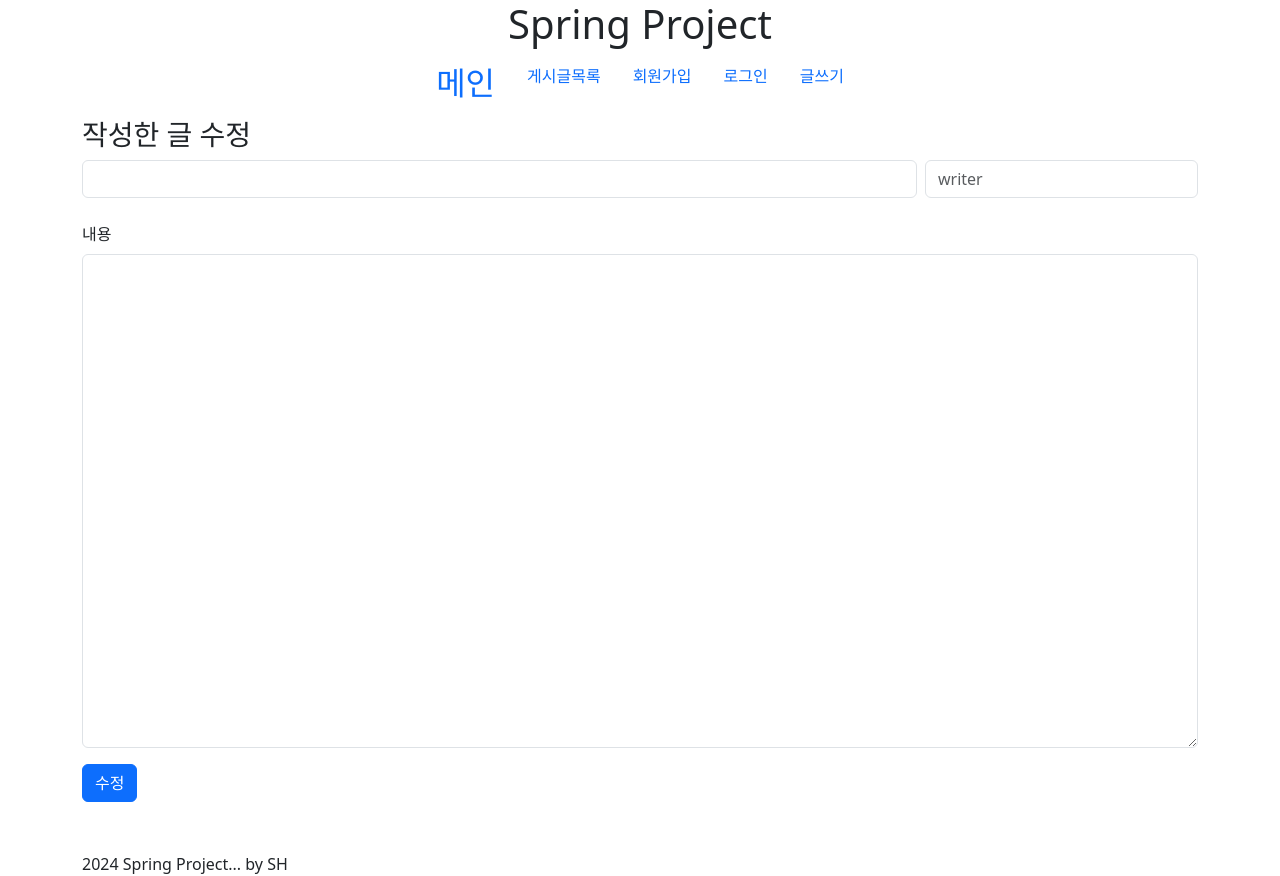
Repository: dtkd19/spring_personal_project
Page: http://localhost/myproject/WEB-INF/views/board/modify.jsp
An editor plug-in stored every save of this project. The page is shown before and after the next save, followed by the edit.
The browser window is 1280 px wide. The pictures show the whole page.
The page is served by Tomcat 9. Nobody is signed in. The template is opened directly, without the code that normally fills it, so the values that code supplies are empty.

Above is the page before, as saved 2024-11-07 07:53:26.

After the next save:
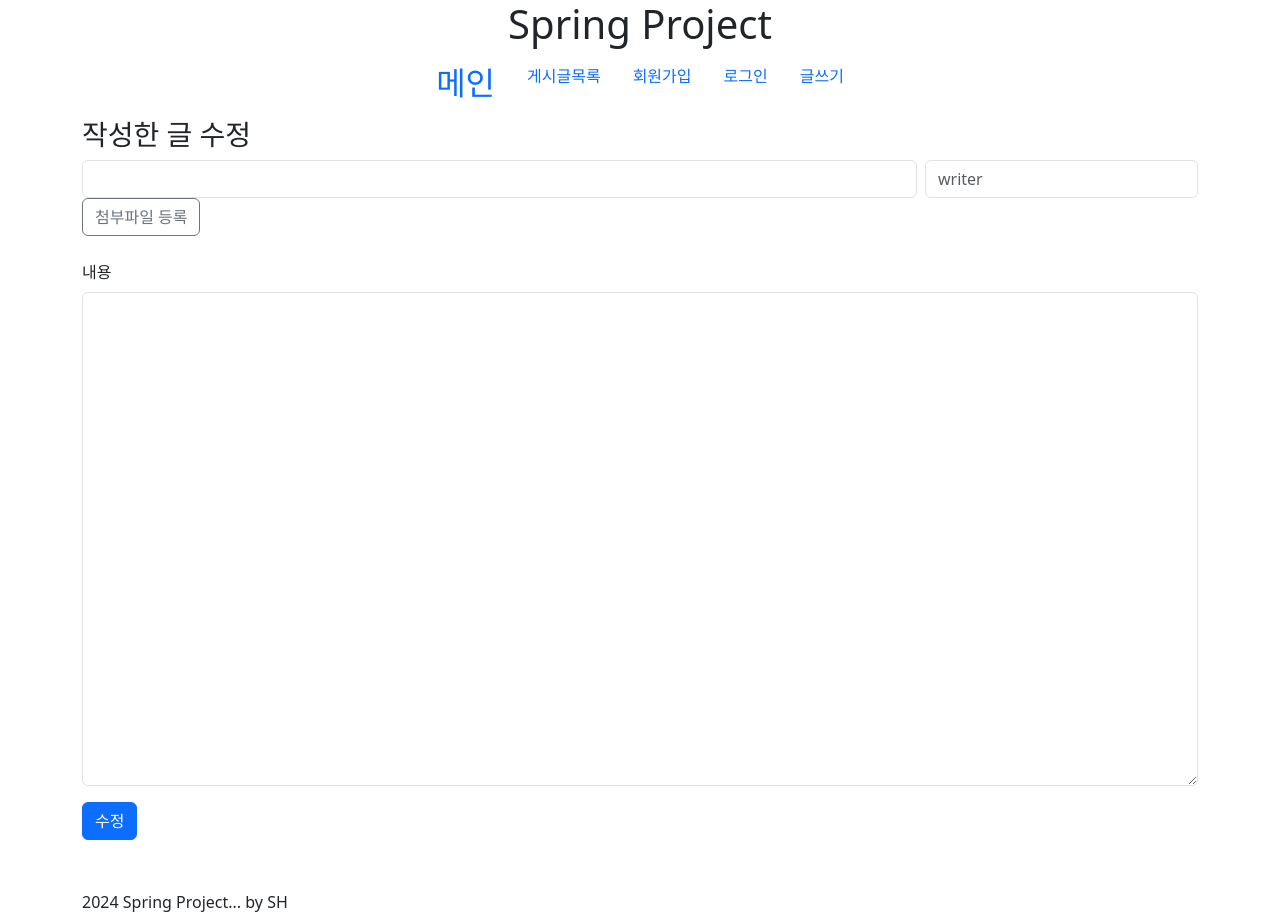
Saved 57 s later.
--- a/myproject/src/main/webapp/WEB-INF/views/board/modify.jsp
+++ b/myproject/src/main/webapp/WEB-INF/views/board/modify.jsp
@@ -19,6 +19,8 @@
 					placeholder="writer" value="${bvo.writer }" readonly="readonly">
 			</div>
 		</div>
+		<button type="button" class="btn btn-outline-secondary" id="trigger">첨부파일 등록</button>
+		<span id="fileZone"></span>
 		<div class="mb-3">
 			<br> <label for="c" class="form-label">내용</label>
 			<textarea class="form-control" id="c" rows="20" cols="5"
